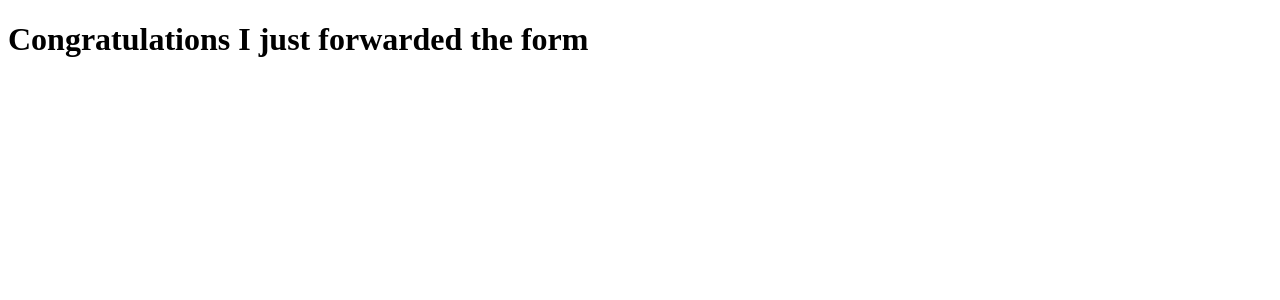
Repository: Lerif/WebServletLearning
Page: http://localhost/WebLearning/ForwardedForm.jsp
The author's editor kept a copy of each file at every save. The page is drawn from the files as they stood at one save, then again after the next save.
The browser window is 1280 px wide. The pictures show the whole page.
The page is served by Tomcat 9.

Above is the page before, as saved 2016-10-26 17:30:37.

After the next save:
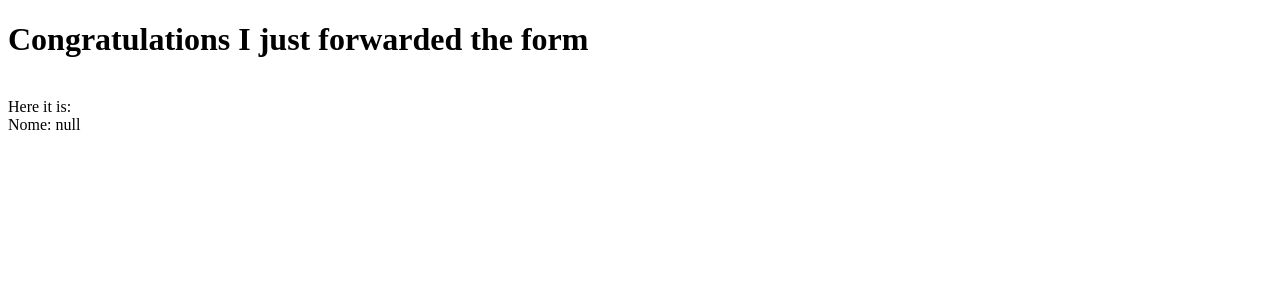
Saved 9 s later.
--- a/WebServelets/WebLearning/WebContent/ForwardedForm.jsp
+++ b/WebServelets/WebLearning/WebContent/ForwardedForm.jsp
@@ -9,6 +9,13 @@
 <body>
 	<h1>Congratulations I just forwarded the form</h1>
 	<br>
+	Here it is:
+	<br>
+	<%
+		out.print("Nome: ");
+	 	out.println(request.getParameter("name"));
+	%>
+	<br>
+</body>
 
-</body>
 </html>
